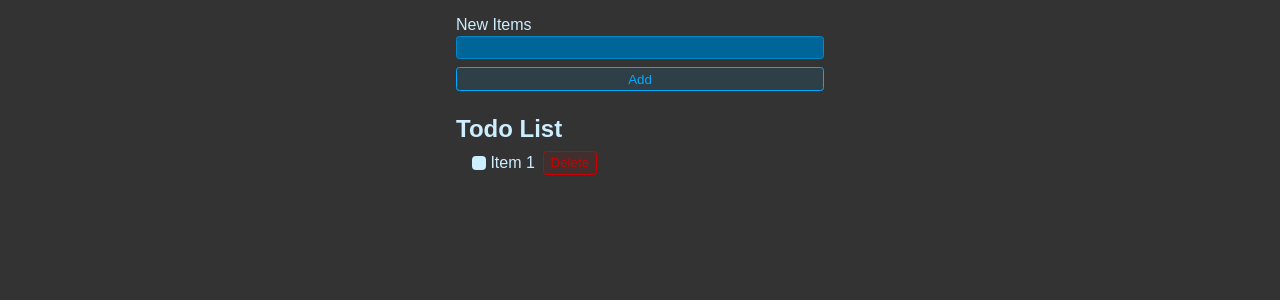
Repository: emailherds/react_todolist
Page: /
These files come from the project's save history. The page is drawn as it stood at one moment and after the next save; the edit follows.
The browser window is 1280 px wide. The pictures show the whole page.
The project was rebuilt for these pictures with package versions that can differ from the ones it lists, and the page was loaded fresh each time. Also part of the build but not shown: vite.config.js.

Above is the page before, as saved 2023-09-29 14:49:36.

### src/main.jsx
import React from 'react'
import ReactDOM from 'react-dom/client'
import App from './App.jsx'
import './styles.css'

ReactDOM.createRoot(document.getElementById('root')).render(
  <React.StrictMode>
    <App />
  </React.StrictMode>,
)

### src/App.jsx
import "./styles.css"

export default function App(){
  return (
  <>
    <form className="new-item-form" action="">
      <div className="form-row">
        <label htmlFor="item">New Items</label>
        <input type="text" id="item"/>
      </div>
      <button className="btn">Add</button>
    </form>
    <h1 className="header">Todo List</h1>
    <ul className="list">
      <li>
        <label htmlFor="">
          <input type="checkbox" />
          Item 1
        </label>
        <button className="btn btn-danger">Delete</button>
      </li>
    </ul>
  </>);
}
//

Loaded but not shown: index.html (common file); src/styles.css (common file)

After the next save:
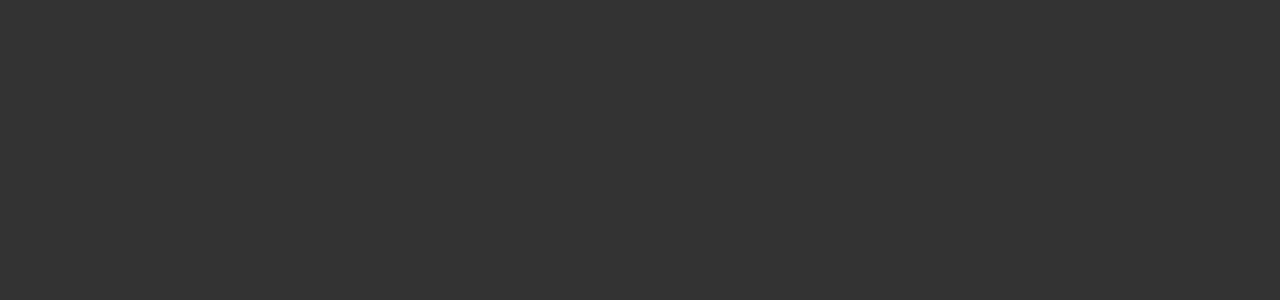
Console error (its wording comes from the project's code and is left out).
Saved 5 min 30 s later.
--- a/src/App.jsx
+++ b/src/App.jsx
@@ -1,6 +1,9 @@
-import "./styles.css"
+import { useState } from "react";
+import "./styles.css";
 
 export default function App(){
+  const [newItem, setNewItem] = useState("");
+  setNewItem("hello");
   return (
   <>
     <form className="new-item-form" action="">
@@ -14,7 +17,7 @@
     <ul className="list">
       <li>
         <label htmlFor="">
-          <input type="checkbox" />
+          <input type="checkbox"/>
           Item 1
         </label>
         <button className="btn btn-danger">Delete</button>

After the 2 saves that followed:
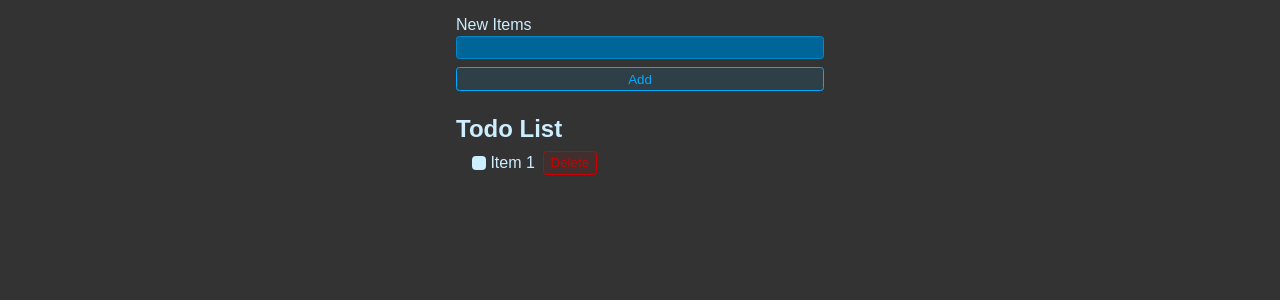
The error is gone.
The 2 saves are shown as one change because 1 left the picture as it was.
The last was saved 31 s later.
--- a/src/App.jsx
+++ b/src/App.jsx
@@ -2,8 +2,8 @@
 import "./styles.css";
 
 export default function App(){
-  const [newItem, setNewItem] = useState("");
-  setNewItem("hello");
+  const [newItem, setNewItem] = useState("")
+  //setNewItem("hello")
   return (
   <>
     <form className="new-item-form" action="">
